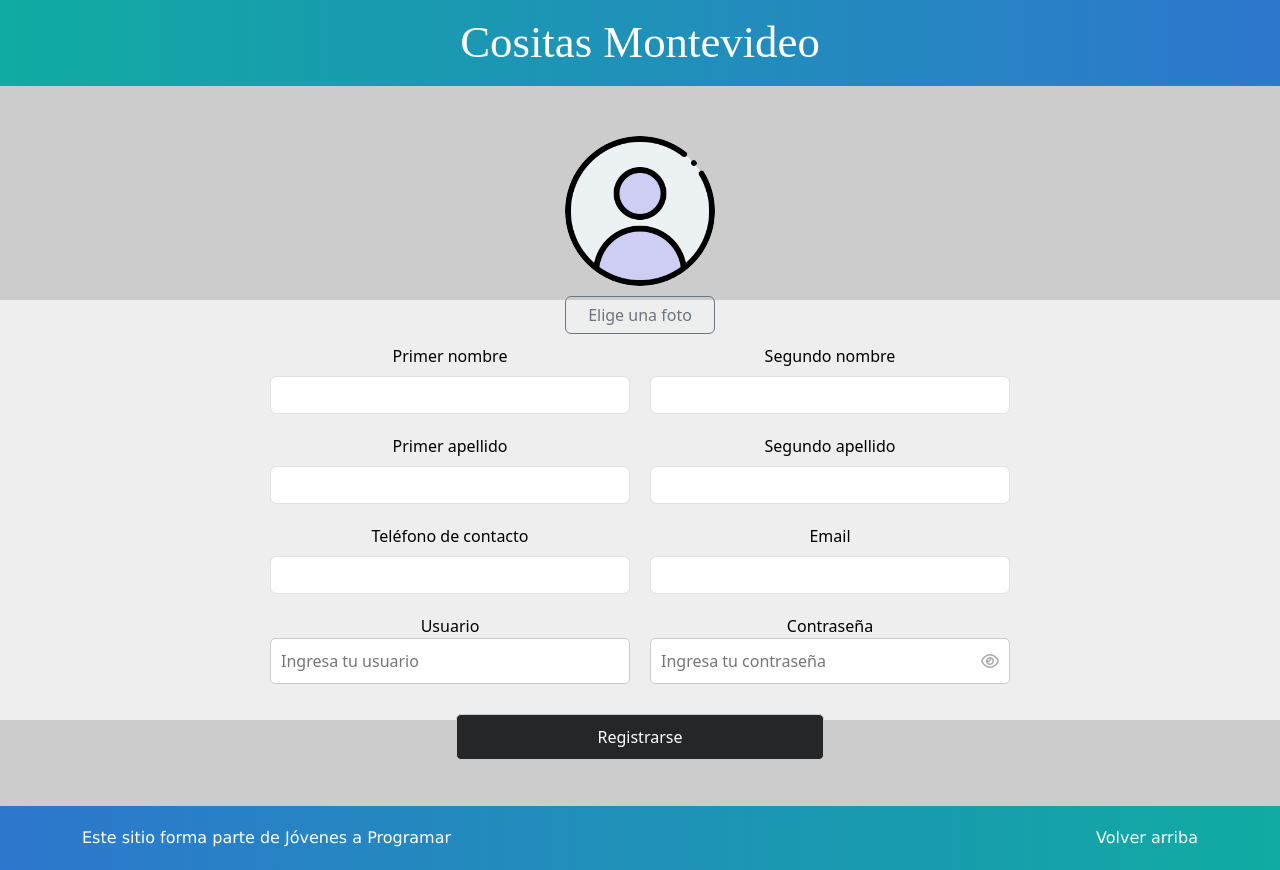
Repository: naticab/proyecto-dw
Page: registration.html
An editor plug-in stored every save of this project. The page is shown before and after the next save, followed by the edit.
The browser window is 1280 px wide. The pictures show the whole page.
Some web fonts or font styles are not loaded; a fallback is used.

Above is the page before, as saved 2024-10-22 22:38:01.
Console error: TypeError: Cannot read properties of null (reading 'classList')

### registration.html
<!DOCTYPE html>
<html lang="es">

<head>
    <meta charset="UTF-8">
    <meta name="viewport" content="width=device-width, initial-scale=1, shrink-to-fit=no">
    <title>eMercado - Todo lo que busques está aquí</title>

    <link href="https://fonts.googleapis.com/css?family=Raleway:300,300i,400,400i,700,700i,900,900i" rel="stylesheet">
    <link href="css/bootstrap.min.css" rel="stylesheet">
    <link href="https://cdn.jsdelivr.net/npm/bootstrap@5.3.0/dist/css/bootstrap.min.css" rel="stylesheet">
    <link href="https://cdn.jsdelivr.net/npm/@fortawesome/fontawesome-free/css/all.min.css" rel="stylesheet">
    <link href="css/styles.css" rel="stylesheet" type="text/css">
    <link rel="stylesheet" href="css/registration.css" type="text/css">
    <link href="css/header-and-footer.css" rel="stylesheet">
    <link href="https://fonts.googleapis.com/css2?family=Love+Ya+Like+A+Sister&display=swap" rel="stylesheet">
</head>

<body>

    <header>
        <div class="header-container">
            <h1>Cositas Montevideo</h1>
        </div>
    </header>


    <main>
        <div class="profile-container">
            <div class="profile-image">
                <img src="img/usuario.png" id="profilePic" alt="avatar">
                <input type="file" name="foto" id="foto" accept="image/*" style="display: none;" />
                <label for="foto" class="btn btn-outline-secondary">Elige una foto</label>
            </div>
            <form method="post" class="row" id="myForm">
                <div class="col-md-6">
                    <label for="nombre1" class="form-label">Primer nombre</label>
                    <input type="text" class="form-control" id="nombre1" name="nombre" required>
                    <div class="invalid-feedback">Debe ingresar un nombre.</div>
                </div>
                <div class="col-md-6">
                    <label for="nombre2" class="form-label">Segundo nombre</label>
                    <input type="text" class="form-control" id="nombre2" name="nombre2">
                </div>
                <div class="col-md-6">
                    <label for="apellido1" class="form-label">Primer apellido</label>
                    <input type="text" class="form-control" id="apellido1" name="apellido" required>
                    <div class="invalid-feedback">Debe ingresar un apellido.</div>
                </div>
                <div class="col-md-6">
                    <label for="apellido2" class="form-label">Segundo apellido</label>
                    <input type="text" class="form-control" id="apellido2" name="apellido2">
                </div>
                <div class="col-md-6">
                    <label for="telefono" class="form-label">Teléfono de contacto</label>
                    <input type="tel" class="form-control" id="telefono" name="telefono">
                </div>
                <div class="col-md-6">
                    <label for="email" class="form-label">Email</label>
                    <input type="email" class="form-control" id="email" name="email" required>
                    <div class="invalid-feedback">Debe ingresar un email.</div>
                </div>
                <div class="col-md-6">
                    <label for="username">Usuario</label>
                    <input type="text" id="username" name="username" placeholder="Ingresa tu usuario">
                </div>
                <div class="col-md-6">
                    <label for="password">Contraseña</label>
                    <div class="password-container">
                        <input type="password" id="password" name="password" placeholder="Ingresa tu contraseña">
                        <i class="far fa-eye" id="togglePassword"></i>
                    </div>
                </div>
                <div class="col-12 text-center">
                    <button type="submit" id="button">Registrarse</button>
                </div>
            </form>
            <br><br>
            <div>¿Ya tienes cuenta? <a href="login.html">Loguéate!</a></div>
        </div>
    </main>


    <footer class="text-center py-2">
        <div class="container">
            <div class="footer-content">
                <p class="footer-text">Este sitio forma parte de <a class="footer-link"
                        href="https://jovenesaprogramar.edu.uy/" target="_blank">Jóvenes a Programar</a></p>
                <p class="footer-link-end">
                    <a class="footer-link" href="#">Volver arriba</a>
                </p>
            </div>
        </div>
    </footer>

    <script src="js/bootstrap.bundle.min.js"></script>
    <script src="js/registration.js"></script>
    <script src="js/header-and-footer.js"></script>
</body>

</html>

### css/styles.css
.jumbotron,
.card-body,
.container,
.site-header {
  font-family: 'Verdana', serif !important;
}

.row {
  color: black;
}

#login-heading {
  font-size: 2rem;
}

.jumbotron .display-4 {
  font-weight: bold;
}

h2 {
  font-size: 2rem;
}

nav a {
  text-decoration: none;
}

.bd-placeholder-img {
  font-size: 1.125rem;
  text-anchor: middle;
  -webkit-user-select: none;
  -moz-user-select: none;
  -ms-user-select: none;
  user-select: none;
}

@media (min-width: 768px) {
  .bd-placeholder-img-lg {
    font-size: 3.5rem;
  }
}

.jumbotron {
  height: 50vh;
  padding: 5em inherit;
  margin-bottom: 0;
  background-color: #53C0FB;
  background: url('../img/cover_back.png');
  background-size: cover;
  background-position: center;
  background-repeat: no-repeat;
  color: black;
  font-weight: bold;
}

@media (min-width: 768px) {
  .jumbotron {
    padding-top: 6rem;
    padding-bottom: 6rem;
  }
}

.jumbotron p:last-child {
  margin-bottom: 0;
}

.jumbotron-heading {
  font-weight: 300;
}

.jumbotron .container {
  max-width: 40rem;
  background-color: rgba(255, 255, 255, 0.5);
  border-radius: 10px;
  text-shadow: 1px 1px 2px grey;
}

.jumbotron .lead {
  font-size: 38px;
}

.dropzone {
  border: 2px dashed #0087F7;
  border-radius: 5px;
  background: white;
}

.img-fit {
  max-height: 100%;
}

.alert {
  position: fixed;
  top: 80px;
  width: 50%;
  left: 50%;
  transform: translate(-50%, 0);
}

.lds-ring {
  display: inline-block;
  position: relative;
  width: 64px;
  height: 64px;
  top: 50%;
  left: 50%;
}

.cursor-active {
  cursor: pointer;
}

.left {
  float: left;
  padding: 4px;
  background-color: rgba(255, 255, 255, 0.5);
}

.lds-ring div {
  box-sizing: border-box;
  display: block;
  position: absolute;
  width: 51px;
  height: 51px;
  margin: 6px;
  border: 6px solid #fff;
  border-radius: 50%;
  animation: lds-ring 1.2s cubic-bezier(0.5, 0, 0.5, 1) infinite;
  border-color: #fff transparent transparent transparent;
}

.lds-ring div:nth-child(1) {
  animation-delay: -0.45s;
}

.lds-ring div:nth-child(2) {
  animation-delay: -0.3s;
}

.lds-ring div:nth-child(3) {
  animation-delay: -0.15s;
}

@keyframes lds-ring {
  0% {
    transform: rotate(0deg);
  }

  100% {
    transform: rotate(360deg);
  }
}

.signin {
  width: 100%;
  max-width: 330px;
  padding: 15px;
  margin: auto;
}

#spinner-wrapper {
  position: fixed;
  background-color: rgba(0, 0, 0, 0.5);
  width: 100%;
  height: 100%;
  top: 0;
  left: 0;
  z-index: 1021;
  display: none;
}

/* main {
  min-height: calc(100vh - 210px);
} */

a.custom-card,
a.custom-card:hover {
  color: inherit;
  text-decoration: inherit;
}

.checked {
  color: orange;
}

### css/registration.css
body {
    display: flex;
    flex-direction: column;
    height: 100vh;
    /* Asegura que el body ocupe toda la altura de la ventana */
    margin: 0;
    padding: 0;
}

main {
    display: flex;
    justify-content: center;
    align-items: center;
}


.login-container {
    width: 30em;
    text-align: center;
}

input,
button {
    width: 100%;
    padding: 10px;
    margin: 10px 0;
    border-radius: 5px;
    border: 1px solid #ccc;
}

button {
    width: 50%;
    background-color: #252628;
    color: white;
    cursor: pointer;
}

button:hover {
    background-color: #3f3f3f;
}


.password-container {
    position: relative;
}

.password-container i {
    position: absolute;
    right: 10px;
    top: 50%;
    transform: translateY(-50%);
    cursor: pointer;
    color: #aaa;
}


header {
    background: #121219;
    color: #fff;
    width: 100%;
    display: flex;
    justify-content: center;
    align-items: center;
    padding: 1rem 0;
    box-sizing: border-box;
    /* Asegúrate de que el padding no afecte el ancho total */
    margin: 0;
}

.header-container {
    width: 100%;
    text-align: center;
}

h1 {
    font-family: "Love Ya Like A Sister", cursive;
    margin: 0;
}



@media (max-width: 768px) {
    .login-container {
        width: 25em;
    }
}

@media (max-width: 576px) {

    body {
        background-color: #AAA8A4;
    }

    .login-container {
        width: 20em;
        padding: 15px;
    }

    button {
        width: 50%;
    }

    input {
        margin: 5px 0;
    }

    footer {
        visibility: hidden;
    }
}







.bd-placeholder-img {
    font-size: 1.125rem;
    text-anchor: middle;
    -webkit-user-select: none;
    -moz-user-select: none;
    -ms-user-select: none;
    user-select: none;
}

@media (min-width: 768px) {
    .bd-placeholder-img-lg {
        font-size: 3.5rem;

    }

    html,
    body {
        height: 100%;
        margin: 0;
    }
}

body {
    background-color: #eeeeee;
    height: 100vh;
    background: linear-gradient(to bottom, #cccccc 300px, #eeeeee 300px);
}

.profile-container {
    display: flex;
    flex-direction: column;
    align-items: center;
    padding-top: 50px;
    margin: 0 auto;
    max-width: 800px;
    /* Puedes ajustar esto según el diseño que quieras */
    padding: 50px 20px 20px 20px;
    height: 100%;
}

.profile-image img {
    border-radius: 50%;
    width: 150px;
    height: 150px;
}

form {
    max-width: 800px;
    width: 100%;
}

label {
    display: block;
    text-align: center;
}

button {
    margin-top: 20px;
}

input {
    display: block;
    margin: 0 auto;
}

.row {
    display: flex;
    flex-wrap: wrap;
    justify-content: center;
}

.col-md-6 {
    width: 50%;
    padding: 10px;
}

.btn-outline-secondary {
    display: block;
    margin-top: 10px;
}

### css/header-and-footer.css
header {
    background: linear-gradient(to right, #10ABA2, #2E77CE);
    color: #fff;
    position: relative;
}

h1 {
    font-family: "Love Ya Like A Sister", cursive;
    font-size: 2.8rem;
}

a#inicio {
    color: #f1f1f1;
    text-decoration: none;
}

a#inicio:hover {
    color: white;
    transition: color 0.3s, text-shadow 0.3s;
}

.subtitulos-header {
    font-size: 1.2rem;
}

a.nav-link {
    color: #f1f1f1;
}

a.nav-link:hover {
    color: #9b9a9b;
    transition: color 0.3s, text-shadow 0.3s;
    transform: scale(1.05);
}

/* Espaciado entre los elementos del menú */
.navbar-nav .nav-item {
    margin-right: 40px;
}

.navbar-nav .nav-item:last-child {
    margin-right: 0;
    /* Quitar margen derecho al último elemento */
}

#user-name.nav-link {
    color: #f1f1f1;
}

#user-name.nav-link:hover {
    color: #9b9a9b;
    transform: scale(1.05);
    transition: color 0.3s, text-shadow 0.3s;
}

.navbar-collapse {
    justify-content: flex-end;
}

.navbar-toggler:hover {
    cursor: pointer;
}


.user-avatar {
    border-radius: 50%;
    width: 50px;
    height: 50px;
}

.user-avatar:hover {
    transform: scale(1.10);
    transition: 0.3s;
}

.navbar-nav .dropdown-menu {
    background: linear-gradient(to right, #10ABA2, #2E77CE);
    border: none;
}

.navbar-nav .dropdown-menu:hover {
    cursor: pointer;
    color: #9b9a9b;
    transition: color 0.3s, text-shadow 0.3s;
}

.dropdown-toggle::after {
    display: none;
}

.navbar-nav .nav-link {
    display: flex;
    align-items: center;
    height: 100%;
    padding: 0.5rem 0;
}



/* Modo Claroscuro */

/* Modo Claro */
body.light-mode {
    background-color: #edf2f374;
}

body.light-mode .product-card:hover {
    box-shadow: 0 4px 8px #16161633;
    background-color: #bef3ff91;
    cursor: pointer;
}

body.light-mode .related-products:hover {
    box-shadow: #00000033;
    background-color: #bef3ff91;
    cursor: pointer;
}



/* Modo Oscuro */
body.dark-mode {
    background-color: #262729;
    color: rgb(208, 208, 208);
}

body.dark-mode .product-card:hover {
    box-shadow: 0 4px 8px #16161633;
    background-color: #bef3ff;
    cursor: pointer;
}

body.dark-mode .related-products:hover {
    box-shadow: #00000033;
    background-color: #bef3ff;
    cursor: pointer;
}

body.dark-mode .color-letters {
    color: white;
}


/* Palanca para activar el claroscuro */

#mode-toggle {
    border: none;
    outline: none;
    box-shadow: none;
}

#mode-toggle i {
    transition: color 0.3s;
    font-size: 1.2rem;
    cursor: pointer;
    color: #ffffff;
}

#mode-toggle:hover {
    background: none;
    transform: scale(1.05);
}

#mode-toggle:hover .fa-sun {
    color: #ffd700;
}

#mode-toggle:hover .fa-moon {
    color: #000000;
}



/* Cart */

#cart-button {
    border: none;
    outline: none;
    box-shadow: none;
    background-color: transparent;
}

#cart-button i {
    transition: color 0.3s;
    font-size: 1.2rem;
    color: #ffffff;
}

#cart-button i:hover {
    color: #9B9A9B;
    transform: scale(1.05);
}




@media (max-width: 995px) {

    .hamburger {
        display: flex;
        flex-direction: row;
        align-items: center;
        justify-content: space-between;
    }

    .navbar-toggler {
        position: relative;
        right: 0;
    }

    .navbar-collapse {
        display: none;
        position: absolute;
        top: 148%;
        left: -45px;
        width: 270%;
        z-index: 999;
        flex-direction: column-reverse;
        align-items: center;
        justify-content: center;
    }

    .navbar-collapse.show {
        display: flex;
    }

    .navbar-nav {
        background: linear-gradient(to right, #10ABA2, #2E77CE);
        color: #fff;
        padding: 1.5rem;
        border-radius: 0 0 100px 100px;
        font-weight: bold;
        text-align: center;
        display: flex;
        justify-content: center;
        /* Centra horizontalmente todos los li */
        align-items: center;
        /* Centra verticalmente los li */
        width: 100%;
    }

    .navbar-toggler-icon {
        background-image: url('data:[embedded picture, 238 characters]');
        filter: brightness(0) invert(1);
        /* Cambia el icono a blanco */
    }

    .navbar-toggler:focus {
        outline: none;
        box-shadow: none;
    }


    .navbar-nav:hover {
        cursor: pointer;
    }

    a.nav-link:hover {
        color: #9b9a9b;
        transition: color 0.3s, text-shadow 0.3s;
        transform: scale(1.05);
    }

    .navbar-nav .nav-item {
        margin: 10px 0;
    }
}


footer {
    background: linear-gradient(to right, #2E77CE, #10ABA2);
    color: #fff;
    min-height: 4rem;
    display: flex;
    justify-content: center;
    align-items: center;
    padding: 0 1rem;
}

.container {
    width: 100%;
}

.footer-content {
    display: flex;
    justify-content: space-between;
    width: 100%;
    align-items: center;
}

.footer-text {
    margin: 0;
    text-align: center;
}

.footer-link-end {
    margin: 0;
    text-align: right;
}

.footer-link {
    color: #fff;
    text-decoration: none;
}

.footer-link:hover {
    color: #9b9a9b;
    transition: color 0.3s, text-shadow 0.3s;
    transform: scale(1.05);
}


/* Menú desplegable del usuario */

@media (max-width: 995px) {
    .navbar-nav .dropdown-menu {
        width: auto;
        min-width: 150px;
        max-width: 200px;
        left: 0;
        right: auto;
        top: 100%;
        position: relative;
        z-index: 1000;
    }

    .dropdown-menu>li {
        padding: 0.05rem;

    }

    .dropdown-item {
        width: 100%;
        white-space: normal;
    }
}

main {
    min-height: 100vh;
    /* El contenido ocupará al menos el 100% de la altura de la ventana */
    padding-bottom: 30px;
    /* Da espacio suficiente para que el contenido no se superponga con el footer */
    box-sizing: border-box;
}

### js/registration.js
document.getElementById('togglePassword').addEventListener('click', function () {
    const passwordField = document.getElementById('password');
    const type = passwordField.getAttribute('type') === 'password' ? 'text' : 'password';
    passwordField.setAttribute('type', type);

    this.classList.toggle('fa-eye-slash');
});

document.getElementById('button').addEventListener('click', function(event) {
    const username = document.getElementById('username').value;
    const password = document.getElementById('password').value;
    if (username !== '' && password !== '') {
         localStorage.setItem('isAuthenticated', 'true');
         localStorage.setItem('username', username);
        window.location.href = 'index.html';
    } else {
         alert('Usuario o contraseña incorrectos.');
     }
});


document.addEventListener("DOMContentLoaded", function () {
    const defaultFile = 'img/usuario.png';
    const fileInput = document.getElementById('foto');
    const profilePic = document.getElementById('profilePic');
    const userImageElement = document.getElementById('user-image');
    const userImage = userImageElement ? userImageElement.querySelector('img') : null;

    // Cargar la imagen de perfil desde localStorage
    const savedImage = localStorage.getItem('profileImage');
    if (savedImage) {
      profilePic.src = savedImage; // Actualiza la imagen en el perfil
      if (userImage) userImage.src = savedImage; // Actualiza la imagen en el header
    } else {
      profilePic.src = defaultFile; // Imagen por defecto
      if (userImage) userImage.src = defaultFile; // Imagen por defecto
    }

    fileInput.addEventListener('change', e => {
      if (e.target.files[0]) {
        const reader = new FileReader();
        reader.onload = function (e) {
          const imageBase = e.target.result;
          profilePic.src = imageBase; // Actualiza la imagen en el perfil
          if (userImage) userImage.src = imageBase; // Actualiza la imagen en el header
          localStorage.setItem('profileImage', imageBase); // Guarda la imagen en localStorage
        };
        reader.readAsDataURL(e.target.files[0]); // Lee el archivo como URL en Base64
      } else {
        profilePic.src = defaultFile; // Imagen por defecto
        if (userImage) userImage.src = defaultFile; // Imagen por defecto
        localStorage.removeItem('profileImage'); // Eliminar imagen de localStorage
      }
    });

    // Recuperar los datos guardados en localStorage al cargar la página
    const nombre1 = document.getElementById("nombre1");
    const apellido = document.getElementById("apellido1");
    const email = document.getElementById("email");

    if (localStorage.getItem("nombre")) {
      nombre1.value = localStorage.getItem("nombre");
    }

    if (localStorage.getItem("apellido")) {
      apellido.value = localStorage.getItem("apellido");
    }

    if (localStorage.getItem("userEmail")) {
      email.value = localStorage.getItem("userEmail");
    }

    // Validación del formulario y guardar datos en localStorage
    document.getElementById("regBtn").addEventListener("click", function (e) {
      e.preventDefault(); // Evita el envío del formulario
      let isValid = true;

      // Validar campos requeridos
      if (!nombre1.value.trim()) {
        nombre1.classList.add("is-invalid");
        isValid = false;
      } else {
        nombre1.classList.remove("is-invalid");
        nombre1.classList.add("is-valid");
      }

      if (!apellido.value.trim()) {
        apellido.classList.add("is-invalid");
        isValid = false;
      } else {
        apellido.classList.remove("is-invalid");
        apellido.classList.add("is-valid");
      }

      // Validación del email usando una expresión regular para verificar que tenga @
      const emailRegex = /^[^\s@]+@[^\s@]+\.[^\s@]+$/;
      if (!email.value.trim() || !emailRegex.test(email.value)) {
        email.classList.add("is-invalid");
        isValid = false;
      } else {
        email.classList.remove("is-invalid");
        email.classList.add("is-valid");
      }

      // Si todo es válido, guardar en localStorage
      if (isValid) {
        localStorage.setItem("nombre", nombre1.value);
        localStorage.setItem("apellido", apellido.value);
        localStorage.setItem("userEmail", email.value);
        alert("Datos guardados con éxito.");
      }
    });
  });

### js/header-and-footer.js
document.addEventListener('click', function(event) {
    var navbar = document.querySelector('.navbar-collapse');
    var toggler = document.querySelector('.navbar-toggler');

    // Si el menú está abierto y se hace clic fuera de él, lo cierra
    if (navbar.classList.contains('show') && !navbar.contains(event.target) && !toggler.contains(event.target)) {
        var bsCollapse = new bootstrap.Collapse(navbar, {
            toggle: false
        });
        bsCollapse.hide();
    }
});

// Cerrar el menú automáticamente al hacer clic en cualquier enlace
var navLinks = document.querySelectorAll('.nav-link');
navLinks.forEach(function(link) {
    link.addEventListener('click', function() {
        var navbar = document.querySelector('.navbar-collapse');
        var bsCollapse = new bootstrap.Collapse(navbar, {
            toggle: false
        });
        bsCollapse.hide();
    });
});


// Modo Claroscuro

// Seleccionar el botón y el icono
const modeToggle = document.getElementById("mode-toggle");
const themeIcon = document.getElementById("theme-icon");

// Establecer el modo inicial según el modo de color preferido del navegador
if (localStorage.getItem("theme") === "dark") {
    document.body.classList.add("dark-mode");
    themeIcon.classList.remove("fa-moon");
    themeIcon.classList.add("fa-sun");
} else {
    document.body.classList.add("light-mode");
    themeIcon.classList.remove("fa-sun");
    themeIcon.classList.add("fa-moon");
}

// Función para alternar entre modos
modeToggle.addEventListener("click", () => {
    document.body.classList.toggle("dark-mode");
    document.body.classList.toggle("light-mode");

    // Cambiar el icono y guardar la preferencia en localStorage
    if (document.body.classList.contains("dark-mode")) {
        themeIcon.classList.remove("fa-moon");
        themeIcon.classList.add("fa-sun");
        localStorage.setItem("theme", "dark");
    } else {
        themeIcon.classList.remove("fa-sun");
        themeIcon.classList.add("fa-moon");
        localStorage.setItem("theme", "light");
    }
});

Loaded but not shown: css/bootstrap.min.css (library); js/bootstrap.bundle.min.js (library)

After the next save:
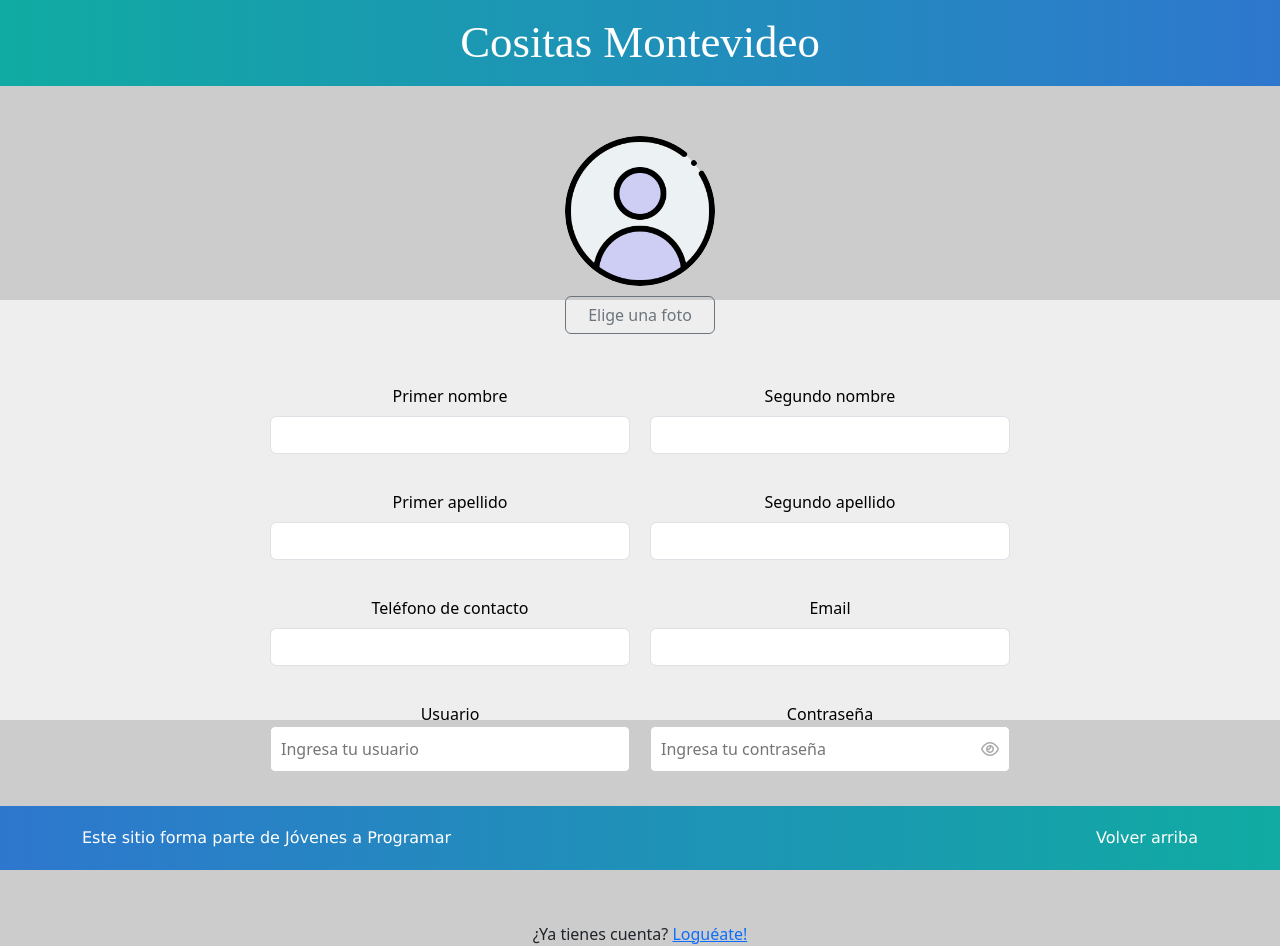
Saved 6 s later.
--- a/registration.html
+++ b/registration.html
@@ -32,7 +32,7 @@
                 <input type="file" name="foto" id="foto" accept="image/*" style="display: none;" />
                 <label for="foto" class="btn btn-outline-secondary">Elige una foto</label>
             </div>
-            <form method="post" class="row" id="myForm">
+            <form method="post" class="row g-3 mt-4"  id="myForm">
                 <div class="col-md-6">
                     <label for="nombre1" class="form-label">Primer nombre</label>
                     <input type="text" class="form-control" id="nombre1" name="nombre" required>
